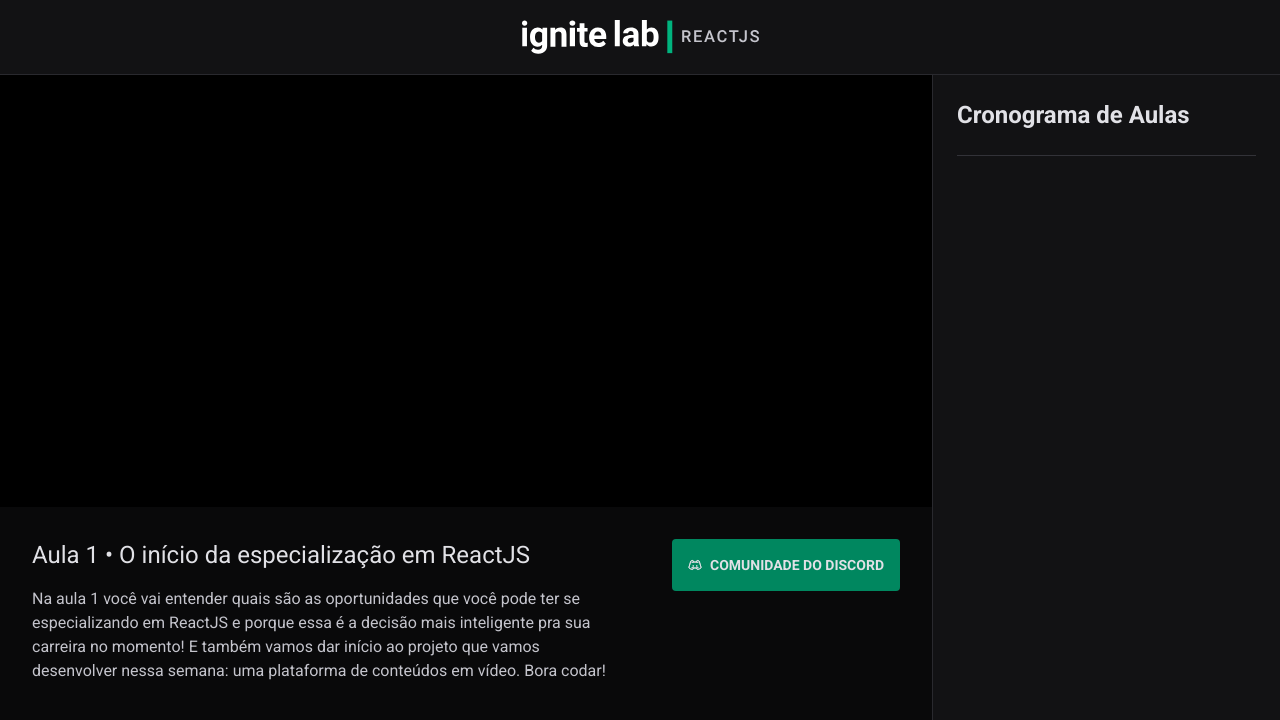
Repository: guilhermecardoso93/ignitelab
Page: /event
These files come from the project's save history. The page is drawn as it stood at one moment and after the next save; the edit follows.
The browser window is 1280 px wide. The pictures show the whole page.
The page's requests for data from a server got no answer. The project was rebuilt for these pictures with package versions that can differ from the ones it lists, and the page was loaded fresh each time. No one was signed in, and anything a server would have sent is missing. Also part of the build but not shown: vite.config.ts, src/components/Lesson/index.tsx.

Above is the page before, as saved 2022-06-23 20:21:55.

After the next save:
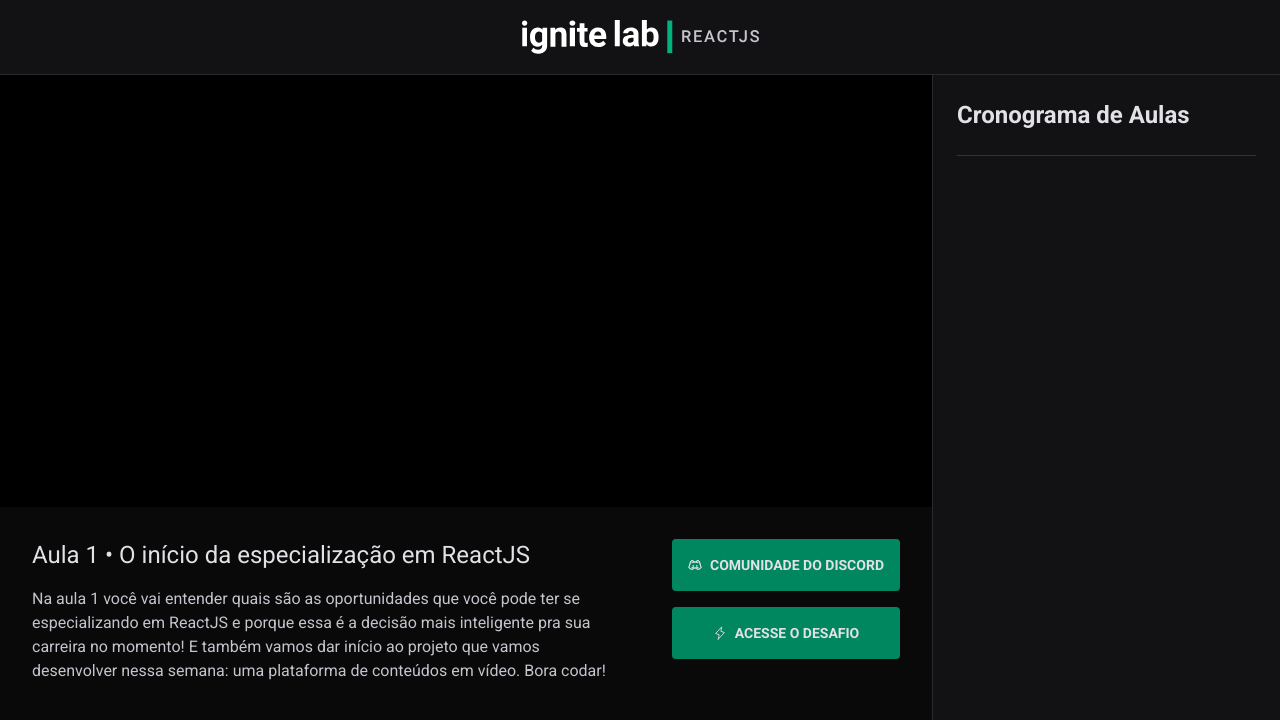
Saved 23 s later.
--- a/src/components/Video/index.tsx
+++ b/src/components/Video/index.tsx
@@ -1,4 +1,4 @@
-import { DiscordLogo } from "phosphor-react";
+import { DiscordLogo, Lightning } from "phosphor-react";
 
 export function Video() {
   return (
@@ -21,6 +21,10 @@
               <DiscordLogo/>
               comunidade do discord
             </a>
+            <a href="http://" className="p-4 text-sm bg-green-500 flex items-center rounded font-bold uppercase gap-2 justify-center">
+              <Lightning/>
+              Acesse o desafio
+            </a>
           </div>
         </div>
         <div>
